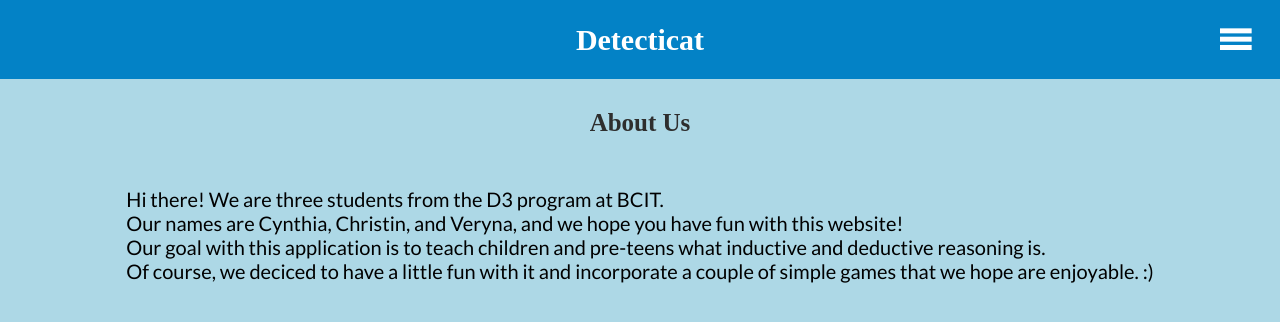
Repository: cynthiahcheng/Detecticat
Page: about page/about-us.html
These files come from the project's save history. The page is drawn as it stood at one moment and after the next save; the edit follows.
The browser window is 1280 px wide. The pictures show the whole page.

Above is the page before, as saved 2020-03-14 21:48:14.

After the next save:
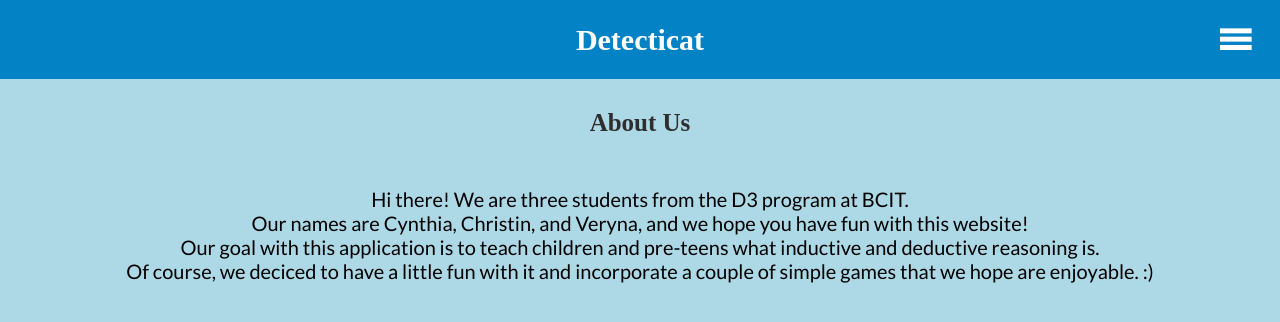
Saved 59 s later.
--- a/about page/about-us.css
+++ b/about page/about-us.css
@@ -91,6 +91,5 @@ body, html {
     padding-top:30px;
     line-height: 1.2;
     font-family: 'Lato', sans-serif;
-    align-items: center;
-    justify-content: center;
+   text-align: center;
 }
